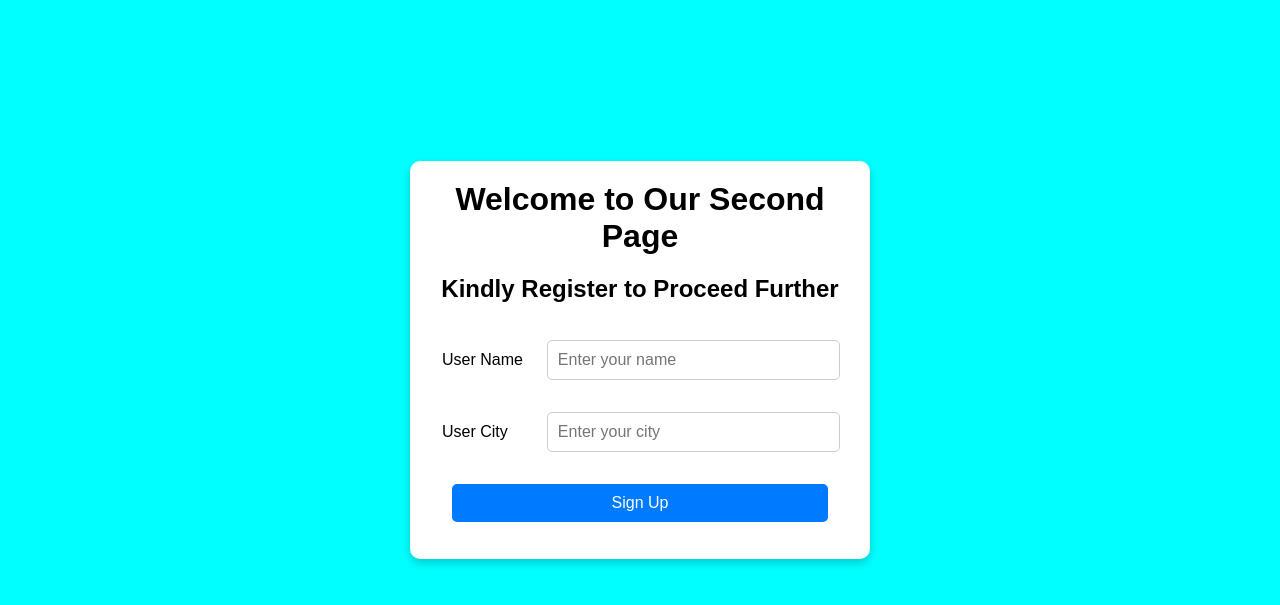
Repository: anuragtiwari3100/Java-Web-Solutions-Kit
Page: JspAndServlet/redirectToAnotherJspHtml/src/main/webapp/index.html
These files come from the project's save history. The page is drawn as it stood at one moment and after the next save; the edit follows.
The browser window is 1280 px wide. The pictures show the whole page.

Above is the page before, as saved 2024-11-22 18:12:29.

After the next save:
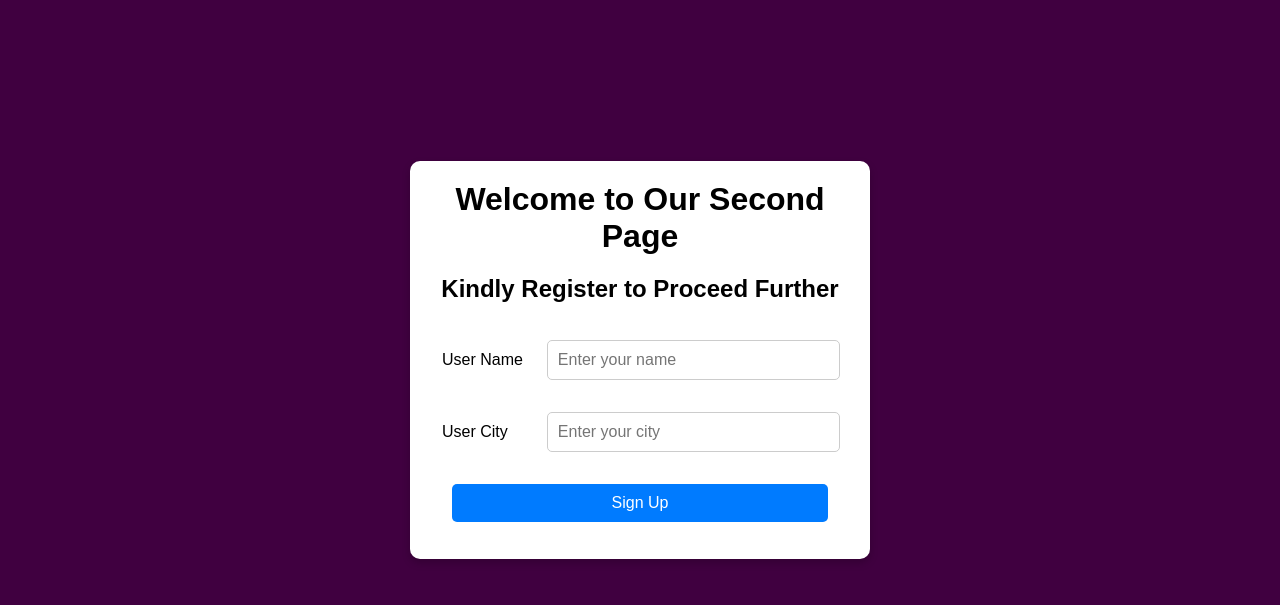
Saved 4 days later.
--- a/JspAndServlet/redirectToAnotherJspHtml/src/main/webapp/index.html
+++ b/JspAndServlet/redirectToAnotherJspHtml/src/main/webapp/index.html
@@ -6,7 +6,7 @@
     <title>Second Web Application</title>
     <style>
         body {
-            background-color: cyan;
+            background-color: rgb(64, 0, 64);
             font-family: Arial, sans-serif;
             display: flex;
             justify-content: center;
